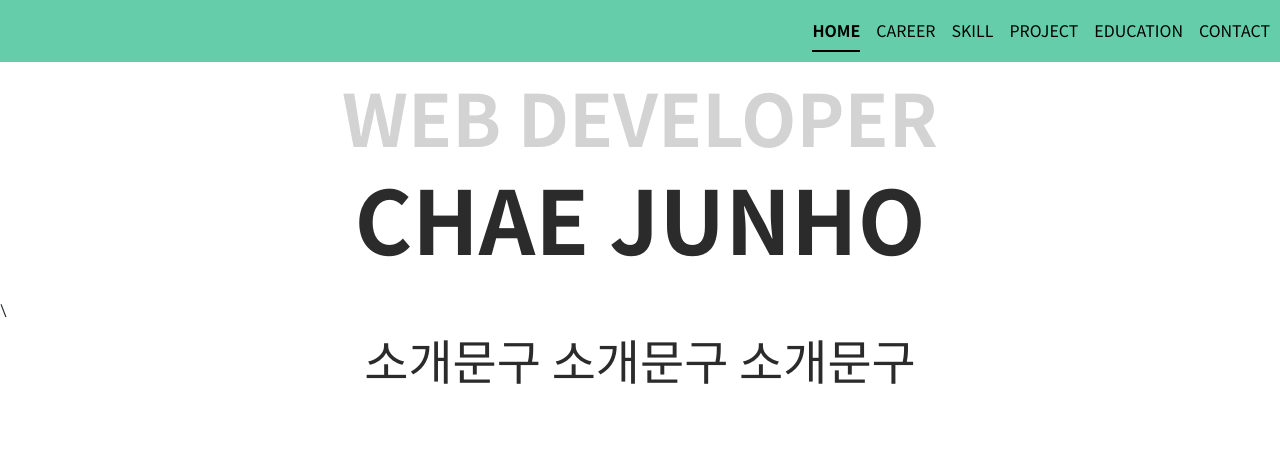
Repository: chaejunho689/bitcamp
Page: PersonalProject/src/main/webapp/index.html
The author's editor kept a copy of each file at every save. The page is drawn from the files as they stood at one save, then again after the next save.
The browser window is 1280 px wide. The pictures show the whole page.

Above is the page before, as saved 2024-08-29 08:37:54.

After the next save:
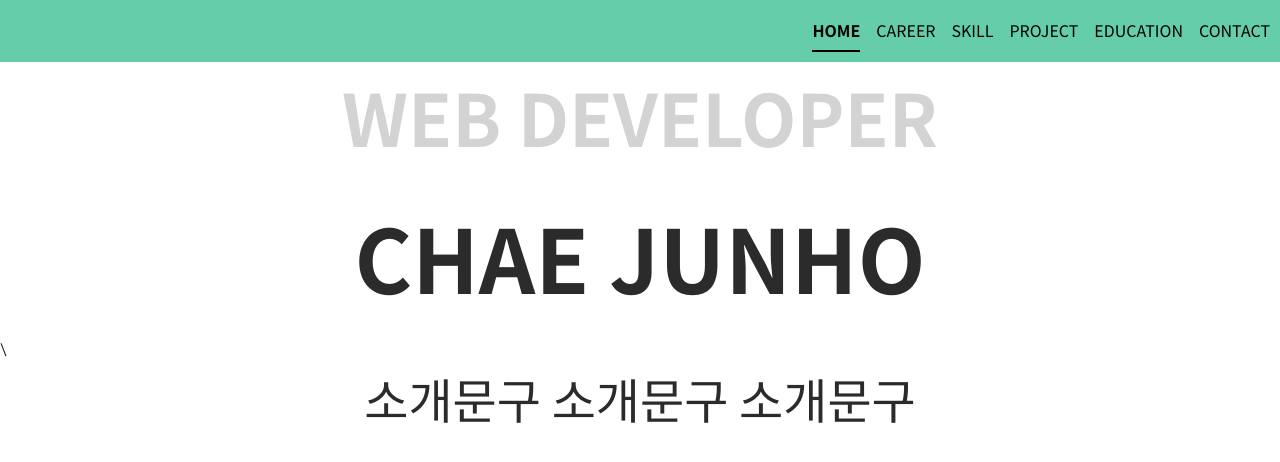
Saved 9 s later.
--- a/PersonalProject/src/main/webapp/index.html
+++ b/PersonalProject/src/main/webapp/index.html
@@ -62,7 +62,7 @@
 		font-weight: 900;
 		font-size: 5.5em;
 		color : #2b2b2b;
-		margin-top: -20px;
+		margin-top: 20px;
 	}
 
 	#div_copyright > p {
